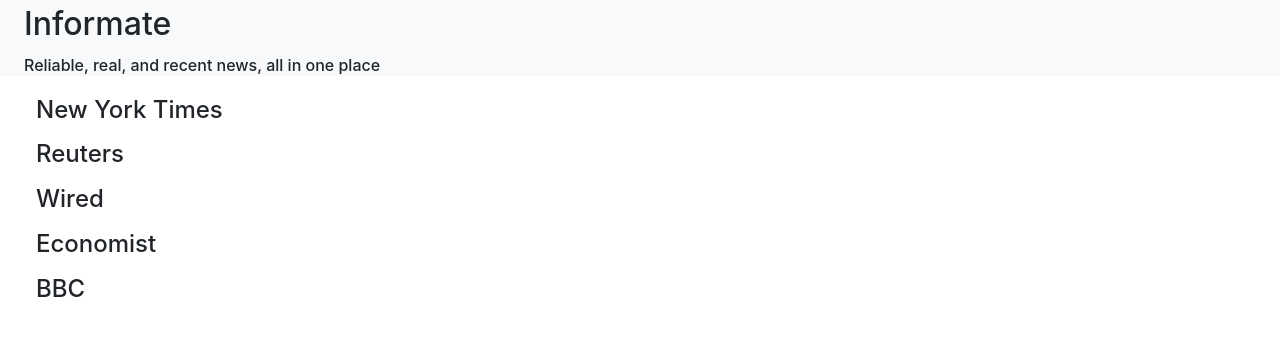
Repository: rbafna6507/newsaggregator-frontend
Page: index.html
The author's editor kept a copy of each file at every save. The page is drawn from the files as they stood at one save, then again after the next save.
The browser window is 1280 px wide. The pictures show the whole page.
The page's requests for data from a server got no answer. Some web libraries are served in a nearby version.

Above is the page before, as saved 2020-12-16 12:54:47.

After the next save:
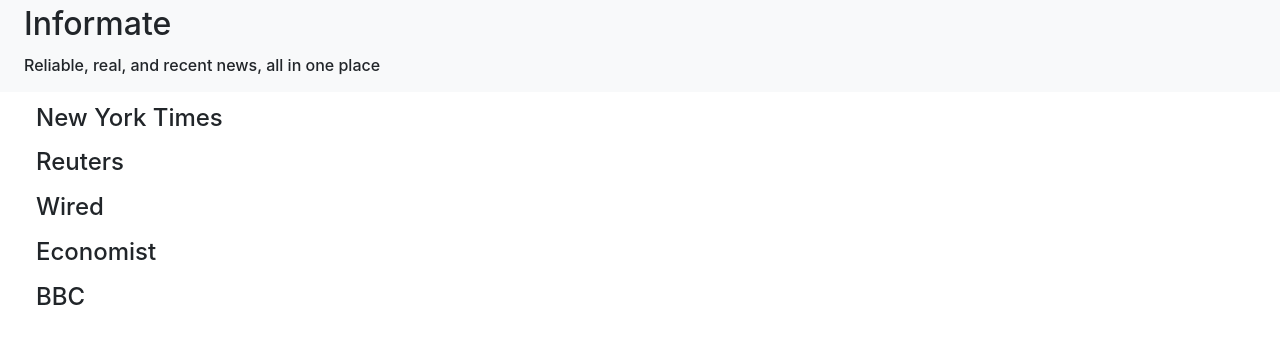
Saved 38 s later.
--- a/index.html
+++ b/index.html
@@ -11,7 +11,7 @@
 </head>
 
 <body>
-    <nav class="navbar-light bg-light" style="margin-bottom: 8px;">
+    <nav class="navbar-light bg-light" style="padding-bottom: 8px;">
         <a style="margin-left: 24px" class="navbar-brand"><h2>Informate</h2></a>
         <h6 style="margin-left: 24px">Reliable, real, and recent news, all in one place</h6>
     </nav>
